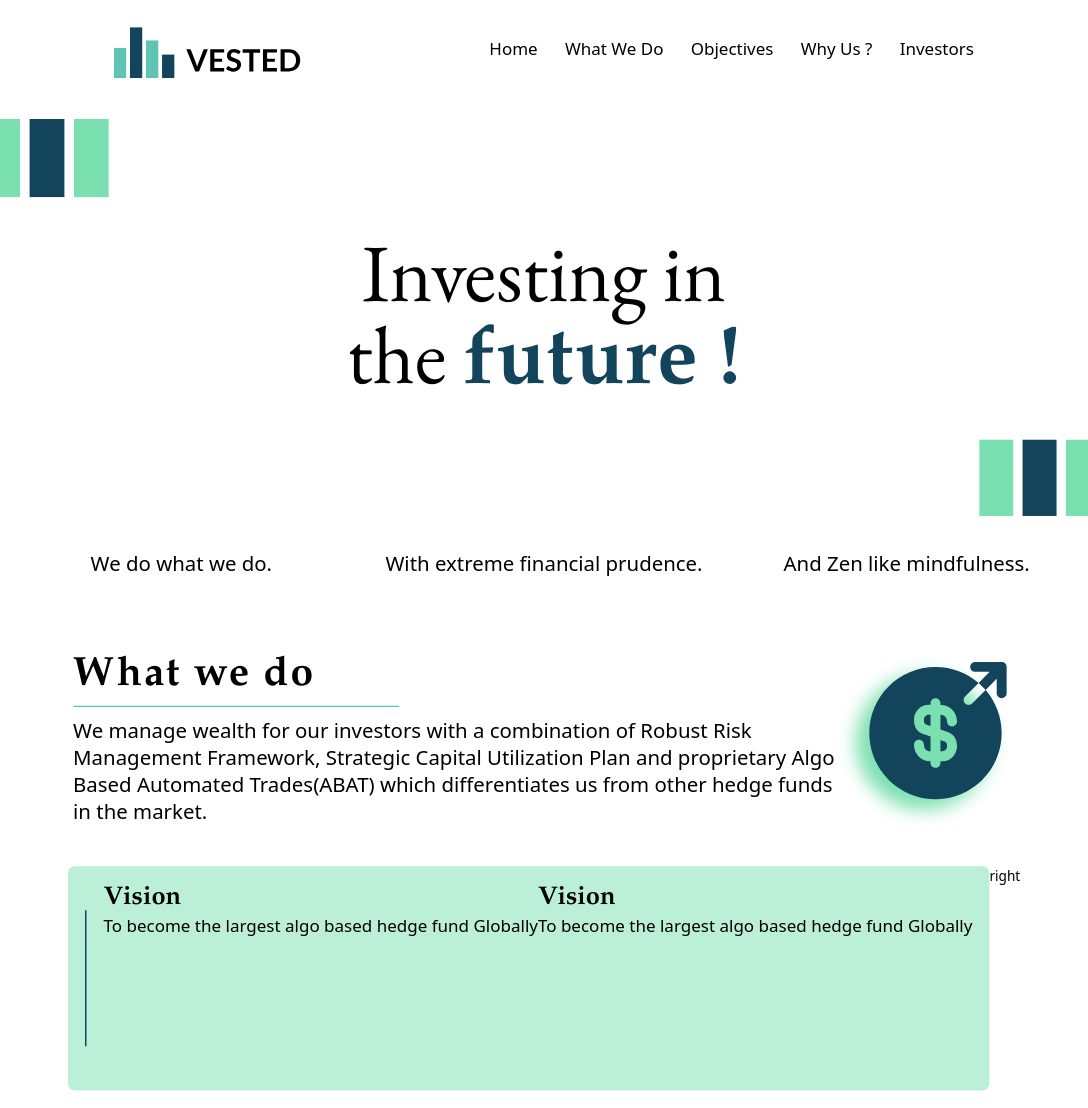
Repository: husainmamuwala/TippingPointsFinancial
Page: /
The author's editor kept a copy of each file at every save. The page is drawn from the files as they stood at one save, then again after the next save.
The browser window is 1280 px wide. The pictures show the whole page, at 85% of full size.
The project was rebuilt for these pictures with package versions that can differ from the ones it lists, and the page was loaded fresh each time. The framework's server and built-in components were replaced by stand-ins that run in the browser. Also part of the build but not shown: next.config.js.

Above is the page before, as saved 2022-10-15 18:56:08.

### pages/_document.js
import Document, { Html, Head, Main, NextScript } from "next/document";

function MyDocument() {
  return (
    <Html>
      <Head>
      <link rel="preconnect" href="https://fonts.googleapis.com"/>
<link rel="preconnect" href="https://fonts.gstatic.com" crossorigin/>
<link href="https://fonts.googleapis.com/css2?family=EB+Garamond:ital,wght@0,400;0,600;1,500&display=swap" rel="stylesheet"></link>
      </Head>
      <body>
        <Main />
        <NextScript />
      </body>
    </Html>
  );
}

export default MyDocument;

### pages/index.js
import React from "react"
import Hero from "../components/Hero"
import Nav from "../components/Nav"
import Objectives from "../components/Objectives"
import Whatwedo from "../components/Whatwedo"


export default function Home() {
  return (

    <div className="h-screen">
      <Nav/>
      <section id="home">
        <Hero/>
      </section>
      <section id="whatwedo">
        <Whatwedo/>
      </section>
      <section id="objectives">
        <Objectives/>
      </section>
    </div>

  )
}

### styles/globals.css
@tailwind base;
@tailwind components;
@tailwind utilities;

@layer base{
    @font-face{
        font-family: "Garamond";
        src: url('/fonts/Garamond.woff2') format('woff2');
        font-family: 'Montserrat', sans-serif

    }

}

### components/Hero.jsx
import React from 'react'

const Hero = () => {
  return (
    <div className='flex flex-col py-6'>
      <div className='grid grid-flow-row'>
        <div className='justify-self-start self-start w-20 md:w-32 '>
          <svg className="" width="auto" height="auto" viewBox="0 0 125 90" fill="none" xmlns="http://www.w3.org/2000/svg">
            <rect x="-17" width="40" height="90" fill="#7BE0B0" />
            <rect x="34" width="40" height="90" fill="#12445B" />
            <rect x="85" width="40" height="90" fill="#7BE0B0" />
          </svg>
        </div>
        <div className='justify-self-center w-full py-5 md:py-10'>
          <span className=' text-6xl text-center lg:text-8xl font-garamond pt-5 pb-5'>
            <span className="block">Investing in</span>
            <span className="block">the <span className='text-[#12445B] font-semibold'>future !</span></span>
          </span>
        </div>
        <div className='justify-self-end self-end w-20 md:w-32'>
          <svg className='' width="auto" height="au" viewBox="0 0 128 90" fill="none" xmlns="http://www.w3.org/2000/svg">
            <rect width="40" height="90" fill="#7BE0B0" />
            <rect x="51" width="40" height="90" fill="#12445B" />
            <rect x="102" width="40" height="90" fill="#7BE0B0" />
          </svg>
        </div>
      </div>
      <div className='grid grid-row-3 md:grid-cols-3 justify-evenly text-center
        text-xl font-Montserrat md:text-2xl md:py-10'>
        <div>
          <span>We do what we do.</span>
        </div>
        <div>
          <span>With extreme financial prudence.</span>
        </div>
        <div>
          <span>And Zen like mindfulness.</span>
        </div>
      </div>
    </div>
  )
}

export default Hero

### components/Nav.jsx
import Link from 'next/link';
import React, { useState } from 'react'
import { FiMenu } from 'react-icons/fi';
import {AiOutlineClose} from 'react-icons/ai'

const Nav = () => {
    const Links=[
        {name:"Home",link:"/"},
        {name:"What We Do",link:"#whatwedo"},
        {name:"Objectives",link:"#objectives"},
        {name:"Why Us ?",link:"#whyus"},
        {name:"Investors",link:"/investors"},
    ];
    const [open,setOpen] = useState(false);
  return (
    <div className='w-full relative top-0 font-Montserrat font-[400] bg-white'>
        <div className='sticky lg:flex py-4 lg:px-10 items-center lg:justify-around'>
            <div className='mt-2 scale-75 md:scale-100'>
                <svg width="221" height="60" viewBox="0 0 221 60" fill="none" xmlns="http://www.w3.org/2000/svg">
                <path d="M110.63 25.972L100.118 52H95.7437L85.2317 25.972H89.1197C89.5397 25.972 89.8817 26.074 90.1457 26.278C90.4097 26.482 90.6077 26.746 90.7397 27.07L96.8777 42.946C97.0817 43.462 97.2737 44.032 97.4537 44.656C97.6457 45.268 97.8257 45.91 97.9937 46.582C98.1377 45.91 98.2937 45.268 98.4617 44.656C98.6297 44.032 98.8157 43.462 99.0197 42.946L105.122 27.07C105.218 26.794 105.404 26.542 105.68 26.314C105.968 26.086 106.316 25.972 106.724 25.972H110.63ZM118.184 29.824V37.042H127.292V40.768H118.184V48.13H129.74V52H113.324V25.972H129.74V29.824H118.184ZM147.891 30.706C147.747 30.958 147.591 31.144 147.423 31.264C147.267 31.372 147.069 31.426 146.829 31.426C146.577 31.426 146.301 31.336 146.001 31.156C145.713 30.964 145.365 30.754 144.957 30.526C144.549 30.298 144.069 30.094 143.517 29.914C142.977 29.722 142.335 29.626 141.591 29.626C140.919 29.626 140.331 29.71 139.827 29.878C139.323 30.034 138.897 30.256 138.549 30.544C138.213 30.832 137.961 31.18 137.793 31.588C137.625 31.984 137.541 32.422 137.541 32.902C137.541 33.514 137.709 34.024 138.045 34.432C138.393 34.84 138.849 35.188 139.413 35.476C139.977 35.764 140.619 36.022 141.339 36.25C142.059 36.478 142.797 36.724 143.553 36.988C144.309 37.24 145.047 37.54 145.767 37.888C146.487 38.224 147.129 38.656 147.693 39.184C148.257 39.7 148.707 40.336 149.043 41.092C149.391 41.848 149.565 42.766 149.565 43.846C149.565 45.022 149.361 46.126 148.953 47.158C148.557 48.178 147.969 49.072 147.189 49.84C146.421 50.596 145.479 51.196 144.363 51.64C143.247 52.072 141.969 52.288 140.529 52.288C139.701 52.288 138.885 52.204 138.081 52.036C137.277 51.88 136.503 51.652 135.759 51.352C135.027 51.052 134.337 50.692 133.689 50.272C133.041 49.852 132.465 49.384 131.961 48.868L133.383 46.546C133.503 46.378 133.659 46.24 133.851 46.132C134.043 46.012 134.247 45.952 134.463 45.952C134.763 45.952 135.087 46.078 135.435 46.33C135.783 46.57 136.197 46.84 136.677 47.14C137.157 47.44 137.715 47.716 138.351 47.968C138.999 48.208 139.773 48.328 140.673 48.328C142.053 48.328 143.121 48.004 143.877 47.356C144.633 46.696 145.011 45.754 145.011 44.53C145.011 43.846 144.837 43.288 144.489 42.856C144.153 42.424 143.703 42.064 143.139 41.776C142.575 41.476 141.933 41.224 141.213 41.02C140.493 40.816 139.761 40.594 139.017 40.354C138.273 40.114 137.541 39.826 136.821 39.49C136.101 39.154 135.459 38.716 134.895 38.176C134.331 37.636 133.875 36.964 133.527 36.16C133.191 35.344 133.023 34.342 133.023 33.154C133.023 32.206 133.209 31.282 133.581 30.382C133.965 29.482 134.517 28.684 135.237 27.988C135.957 27.292 136.845 26.734 137.901 26.314C138.957 25.894 140.169 25.684 141.537 25.684C143.073 25.684 144.489 25.924 145.785 26.404C147.081 26.884 148.185 27.556 149.097 28.42L147.891 30.706ZM171.969 29.95H164.121V52H159.279V29.95H151.431V25.972H171.969V29.95ZM180.235 29.824V37.042H189.343V40.768H180.235V48.13H191.791V52H175.375V25.972H191.791V29.824H180.235ZM219.194 38.986C219.194 40.894 218.876 42.646 218.24 44.242C217.604 45.838 216.71 47.212 215.558 48.364C214.406 49.516 213.02 50.41 211.4 51.046C209.78 51.682 207.98 52 206 52H196.082V25.972H206C207.98 25.972 209.78 26.296 211.4 26.944C213.02 27.58 214.406 28.474 215.558 29.626C216.71 30.766 217.604 32.134 218.24 33.73C218.876 35.326 219.194 37.078 219.194 38.986ZM214.226 38.986C214.226 37.558 214.034 36.28 213.65 35.152C213.278 34.012 212.732 33.052 212.012 32.272C211.304 31.48 210.44 30.874 209.42 30.454C208.412 30.034 207.272 29.824 206 29.824H200.942V48.148H206C207.272 48.148 208.412 47.938 209.42 47.518C210.44 47.098 211.304 46.498 212.012 45.718C212.732 44.926 213.278 43.966 213.65 42.838C214.034 41.698 214.226 40.414 214.226 38.986Z" fill="black"/>
                <rect y="24.4445" width="14.4444" height="35.5556" fill="#5FC4B3"/>
                <rect x="18.8889" width="14.4444" height="60" fill="#12445B"/>
                <rect x="37.7778" y="15.5555" width="14.4444" height="44.4444" fill="#5FC4B3"/>
                <rect x="56.6667" y="32.2222" width="14.4444" height="27.7778" fill="#12445B"/>
                </svg>

            </div>
            <div onClick={()=>setOpen(!open)}
                 className='text-3xl absolute right-8 top-11 pr-8 cursor-pointer lg:hidden'>
                    {!open ? <FiMenu size={40}/> : <AiOutlineClose size={40}/>}
            </div>

            <ul className={`lg:flex lg:flex-row lg:items-center font-Montserrat pb-12 lg:pb-0
            absolute lg:static bg-white lg:z-auto z-[-1] w-full left-0  lg:pl-0 pl-9 lg:w-auto
            transition-all duration-500 ease-in
            ${open ? "flex-col" : "hidden"}`}>
                {
                    Links.map((link)=>(
                        <li onClick={() => setOpen(false)} key={link.link} className="md:ml-8 text-xl my-7 hover:text-[#5FC4B3]
                         relative transition-all hover:top-1">
                            <Link href={link.link}
                            className="font-Monteserrat">
                                {link.name}
                            </Link>
                        </li>
                    ))
                }
            </ul>
        </div>
    </div>
  )
}

export default Nav

### components/Objectives.jsx
import React from 'react'

const Objectives = () => {
  const Data = [
    {title:"Vision",desc:"To become the largest algo based hedge fund Globally"},
    {title:"Vision",desc:"To become the largest algo based hedge fund Globally"},
  ];
  return (
    <div className='flex flex-col md:flex-row justify-center py-5 px-10 md:px-0'>
        <div className='flex flex-row'>
          <div className='relative w-full bg-[#7BE0B0] bg-opacity-50 rounded-lg p-5 flex flex-row '>
              <div className='pr-5 h-28 lg:h-56'>
                  <svg width="2" height="auto" viewBox="0 0 2 160" fill="none" xmlns="http://www.w3.org/2000/svg">
                  <line x1="1" y1="4.37114e-08" x2="0.999993" y2="160" stroke="#12445B" stroke-width="2"/>
                  </svg>
              </div>
              {
                Data.map((data)=>(
              <div>
                <h1 className='text-3xl font-semibold font-garamond'>{data.title}</h1>
                <p className='font-montserrat text-xl'>{data.desc}</p>
              </div>
                ))}
          </div>
        </div>
          <div>
              right
          </div>

    </div>
  )
}

export default Objectives

### components/Whatwedo.tsx
import React from 'react'


const whatwedo = () => {
    return (
        <div className='py-5 px-10 flex md:flex-row flex-col justify-center'>
            <div className='md:w-3/4'>
                <div>
                    <h4 className='text-3xl md:text-5xl font-garamond font-semibold py-2 tracking-wider'>
                        What we do
                    </h4>

                    <svg className="lg:w-96 lg:h-2" width="auto" height="2" viewBox="0 0 589 2" fill="none" xmlns="http://www.w3.org/2000/svg">
                        <line y1="1" x2="589" y2="1" stroke="#5FC4B3" strokeWidth="2" />
                    </svg>

                    <p className='py-2 text-xl md:text-2xl'>
                        We manage wealth for our investors with a combination of Robust Risk Management Framework,
                        Strategic Capital Utilization Plan and proprietary Algo Based Automated Trades(ABAT)
                        which differentiates us from other hedge funds in the market.
                    </p>
                </div>
            </div>
            <div className='w-52 hidden md:block lg:self-center'>
                <svg width="auto" height="auto" viewBox="0 0 226 223" fill="none" xmlns="http://www.w3.org/2000/svg">
                    <g filter="url(#filter0_f_6_45)">
                        <circle cx="109.027" cy="113.259" r="86.0274" fill="#7BE0B0" />
                    </g>
                    <path d="M109.698 84.8371C109.698 89.4046 110.967 90.0812 113.843 91.0962L118.156 92.6187V78.2396H115.619C112.405 78.2396 109.698 81.2 109.698 84.8371ZM130.844 124.76H133.381C136.68 124.76 139.302 121.8 139.302 118.163C139.302 113.595 138.033 112.919 135.158 111.904L130.844 110.381V124.76Z" fill="#12445B" />
                    <path d="M188.614 46.3517L171.275 63.6913C170.006 64.96 168.399 65.5521 166.792 65.5521C165.185 65.5521 163.578 64.96 162.309 63.6913C161.129 62.4975 160.467 60.8867 160.467 59.2083C160.467 57.53 161.129 55.9192 162.309 54.7254L179.648 37.3858C164.762 24.6983 145.561 16.9167 124.5 16.9167C77.81 16.9167 39.9167 54.81 39.9167 101.5C39.9167 148.19 77.81 186.083 124.5 186.083C171.19 186.083 209.083 148.19 209.083 101.5C209.083 80.4388 201.302 61.2383 188.614 46.3517ZM139.302 99.9775C144.715 101.923 151.99 105.814 151.99 118.248C151.99 128.82 143.616 137.533 133.381 137.533H130.844V139.647C130.844 143.115 127.968 145.991 124.5 145.991C121.032 145.991 118.156 143.115 118.156 139.647V137.533H117.48C106.23 137.533 97.0104 128.059 97.0104 116.387C97.0104 112.834 99.8863 109.958 103.354 109.958C106.822 109.958 109.698 112.834 109.698 116.302C109.698 120.954 113.166 124.76 117.48 124.76H118.156V105.983L109.698 103.023C104.285 101.077 97.0104 97.1863 97.0104 84.7525C97.0104 74.1796 105.384 65.4675 115.619 65.4675H118.156V63.4375C118.156 59.9696 121.032 57.0938 124.5 57.0938C127.968 57.0938 130.844 59.9696 130.844 63.4375V65.5521H131.52C142.77 65.5521 151.99 75.0254 151.99 86.6979C151.99 90.1658 149.114 93.0417 145.646 93.0417C142.178 93.0417 139.302 90.1658 139.302 86.6979C139.302 82.0458 135.834 78.2396 131.52 78.2396H130.844V97.0171L139.302 99.9775ZM214.92 14.4638C214.251 12.9061 213.009 11.6647 211.452 10.9958C210.691 10.7256 209.891 10.5827 209.083 10.5729H175.25C171.782 10.5729 168.906 13.4488 168.906 16.9167C168.906 20.3846 171.782 23.2604 175.25 23.2604H193.774L179.648 37.3858C182.863 40.1771 185.823 43.1375 188.614 46.3517L202.74 32.2263V50.75C202.74 54.2179 205.615 57.0938 209.083 57.0938C212.551 57.0938 215.427 54.2179 215.427 50.75V16.9167C215.427 16.0708 215.258 15.3096 214.92 14.4638Z" fill="#12445B" />
                    <defs>
                        <filter id="filter0_f_6_45" x="0" y="4.2317" width="218.055" height="218.055" filterUnits="userSpaceOnUse" colorInterpolationFilters="sRGB">
                            <feFlood floodOpacity="0" result="BackgroundImageFix" />
                            <feBlend mode="normal" in="SourceGraphic" in2="BackgroundImageFix" result="shape" />
                            <feGaussianBlur stdDeviation="11.5" result="effect1_foregroundBlur_6_45" />
                        </filter>
                    </defs>
                </svg>
            </div>
        </div>
    )
}

export default whatwedo

### tailwind.config.js
/** @type {import('tailwindcss').Config} */
module.exports = {
  content: [
    "./pages/**/*.{js,ts,jsx,tsx}",
    "./components/**/*.{js,ts,jsx,tsx}",
  ],
  theme: {
    extend: {
      fontFamily: {
        garamond:'Garamond'
      }
    },
  },
  plugins: [],
}

Loaded but not shown: pages/_app.js (common file)

After the next save:
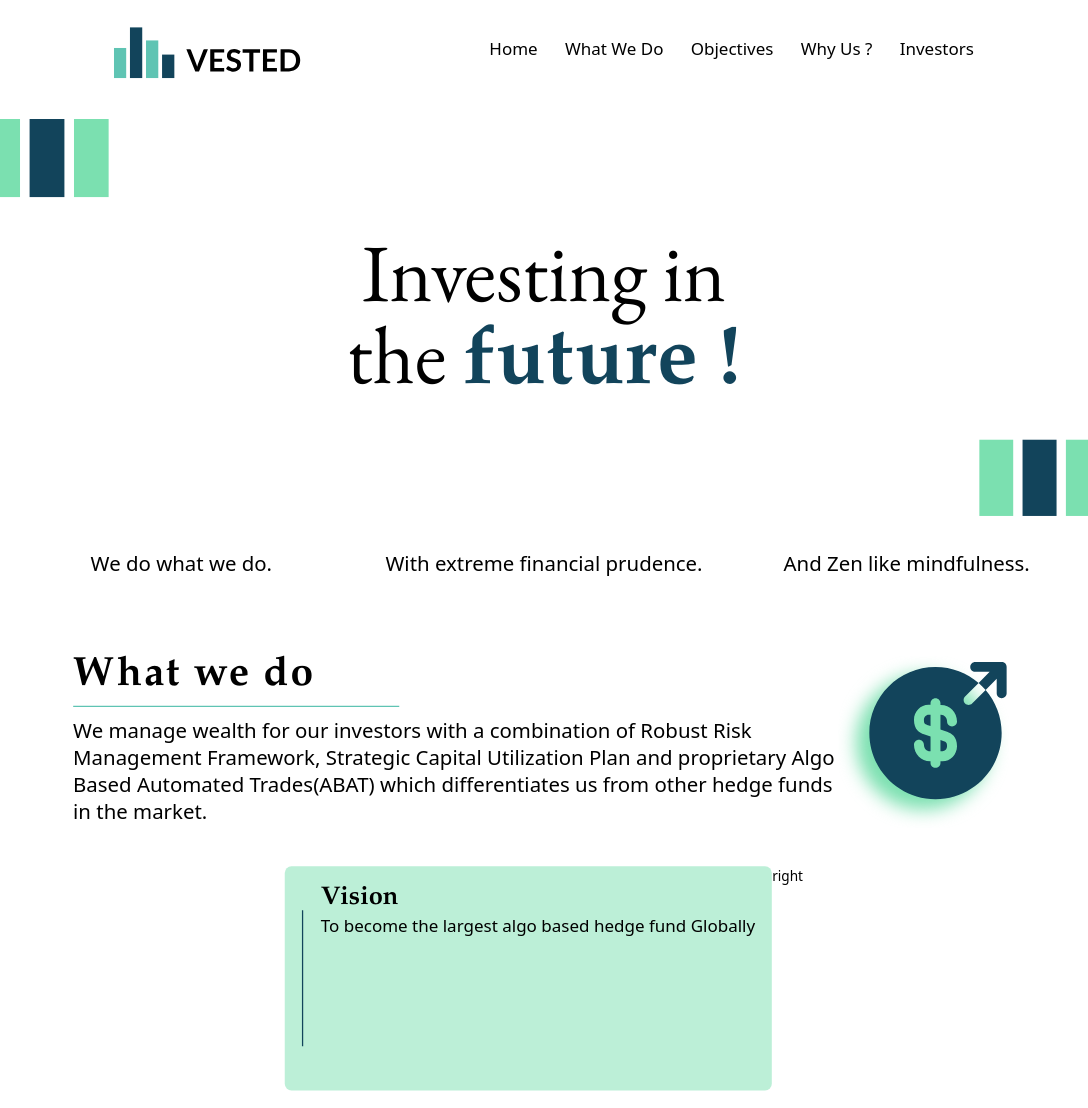
Saved 7 s later.
--- a/components/Objectives.jsx
+++ b/components/Objectives.jsx
@@ -2,7 +2,6 @@
 
 const Objectives = () => {
   const Data = [
-    {title:"Vision",desc:"To become the largest algo based hedge fund Globally"},
     {title:"Vision",desc:"To become the largest algo based hedge fund Globally"},
   ];
   return (
